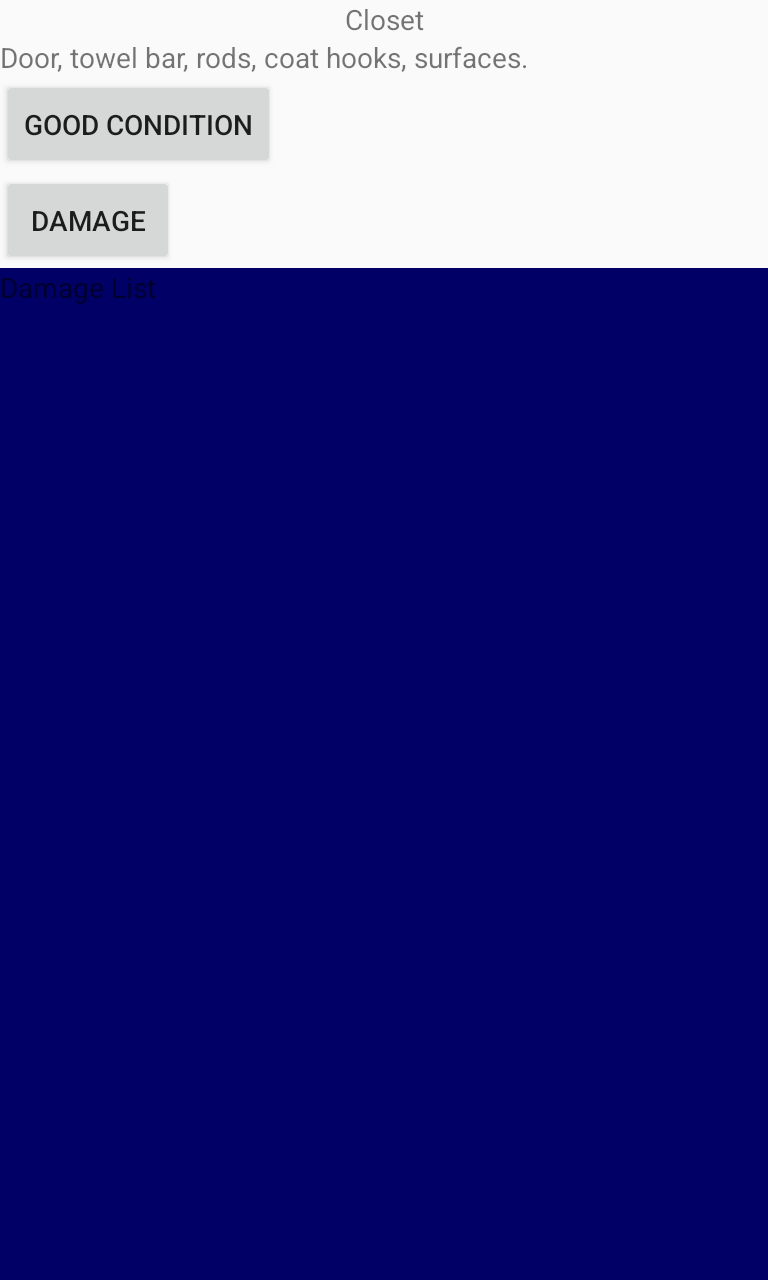
Repository: Android-BD/android-final-project
Layout: FinalProject/res/layout/rcr_form_element_fragment.xml
The author's editor kept a copy of each file at every save. The layout is drawn from the files as they stood at one save, then again after the next save.
It is drawn on a 768 x 1280 px phone screen (xhdpi) without system bars, with theme AppTheme; the app's code is not run.

Above is the layout before, as saved 2014-05-08 02:13:20.

### FinalProject/res/layout/rcr_form_element_fragment.xml
<?xml version="1.0" encoding="utf-8"?>
<LinearLayout xmlns:android="http://schemas.android.com/apk/res/android"
    android:layout_width="match_parent"
    android:layout_height="match_parent"
    android:orientation="vertical" >

    <TextView android:id="@+id/category_title"
        android:layout_width="match_parent"
        android:layout_height="wrap_content"
        android:gravity="center"
        android:text="@string/category_title" />

    <TextView android:id="@+id/category_description"
        android:layout_width="match_parent"
        android:layout_height="wrap_content"
        android:text="@string/category_description" />

    <Button android:id="@+id/category_good_condition_button"
        android:layout_width="wrap_content"
        android:layout_height="wrap_content"
        android:text="@string/good_condition" />

    <Button android:id="@+id/category_note_damage_button"
        android:layout_width="wrap_content"
        android:layout_height="wrap_content"
        android:text="@string/damage" />

    <TextView android:id="@+id/damage_list"
        android:layout_width="match_parent"
        android:layout_height="0dp"
        android:layout_weight="1"
        android:text="@string/damage_list"
        android:background="#ff000066"/>

</LinearLayout>

### FinalProject/res/values/strings.xml
<?xml version="1.0" encoding="utf-8"?>
<resources>

    <string name="app_name">FinalProject</string>
    <string name="hello_world">Hello world!</string>
    <string name="action_settings">Settings</string>
    <string name="search_rcrs">Search RCRs</string>
    <string name="new_rcr">New RCR</string>
    <string name="ra_last_name">RA\'s Last Name</string>
    <string name="ra_first_name">RA\'s First Name</string>
    <string name="resident_last_name">Resident\'s Last Name</string>
    <string name="resident_first_name">Resident\'s First Name</string>
    <string name="room_number">Room Number</string>
    <string name="previous">Previous</string>
    <string name="next">Next</string>
    <string name="good_condition">Good Condition</string>
    <string name="normal_wear">Normal Wear</string>
    <string name="damage">Damage</string>
    <string name="create">Create</string>
    <string name="left">Left</string>
    <string name="right">Right</string>
    <string name="check_in">Check In</string>
    <string name="check_out">Check Out</string>
    <string name="category_title">Closet</string>
    <string name="category_description">Door, towel bar, rods, coat hooks, surfaces.</string>
    <string name="note_damage">Note Damage</string>
    <string name="damage_list">Damage List</string>


</resources>

Loaded but not shown: FinalProject/res/values/styles.xml (common file); FinalProject/res/values-v11/styles.xml (common file); FinalProject/res/values-v14/styles.xml (common file)

After the next save:
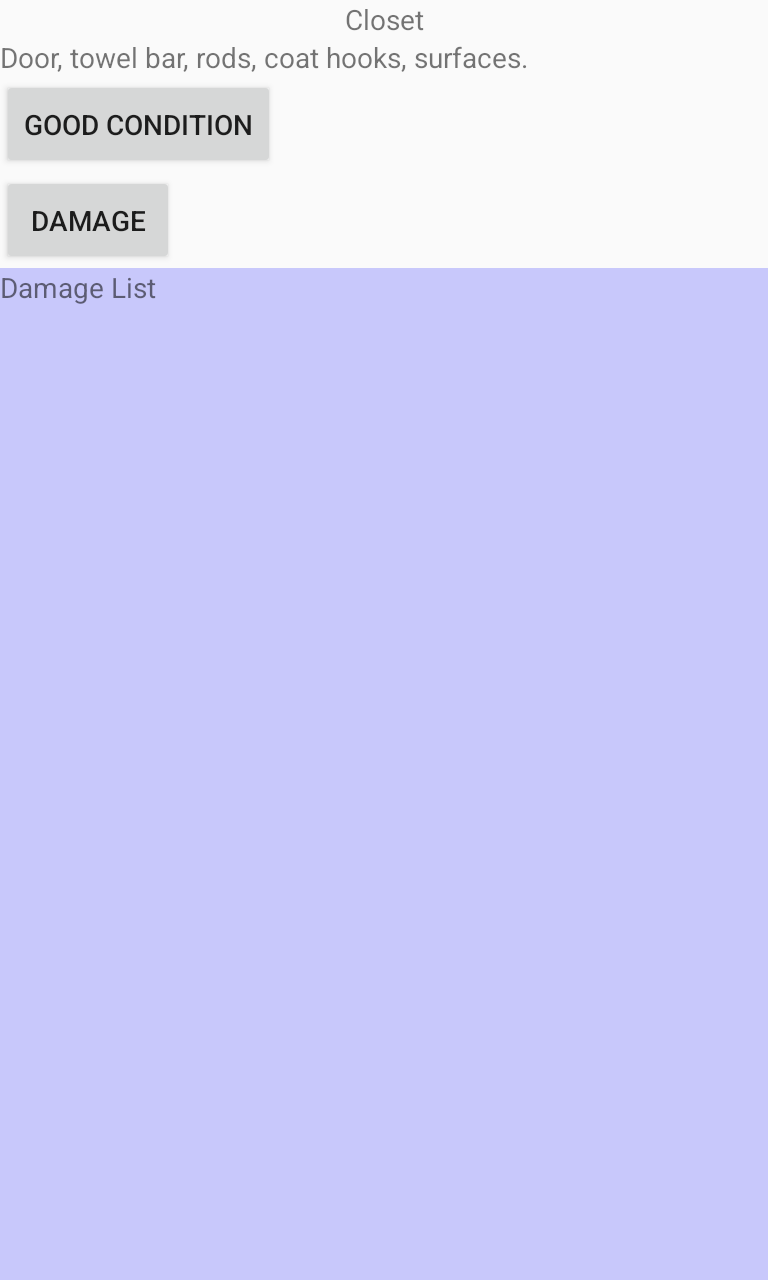
Saved 31 s later.
--- a/FinalProject/res/layout/rcr_form_element_fragment.xml
+++ b/FinalProject/res/layout/rcr_form_element_fragment.xml
@@ -30,6 +30,7 @@
         android:layout_height="0dp"
         android:layout_weight="1"
         android:text="@string/damage_list"
-        android:background="#ff000066"/>
+        android:background="#330000ff"
+        android:layout_gravity="center"/>
 
 </LinearLayout>
